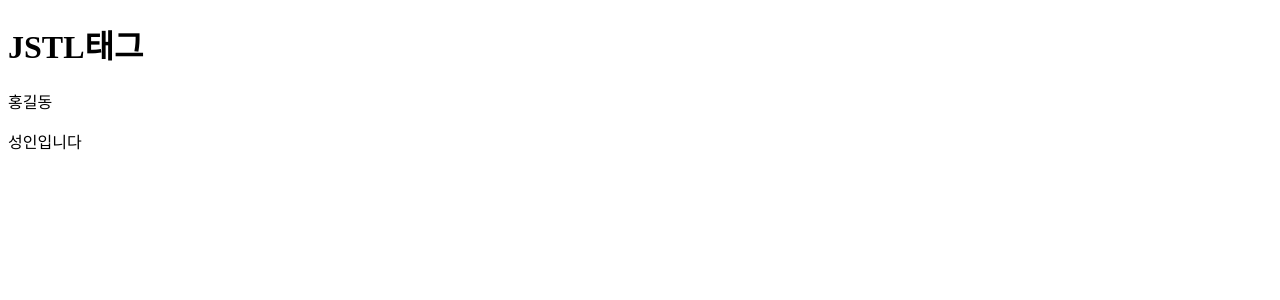
Repository: HwangEojin/homework
Page: http://localhost/day03/jstlTest2.jsp
These files come from the project's save history. The page is drawn as it stood at one moment and after the next save; the edit follows.
The browser window is 1280 px wide. The pictures show the whole page.
The page is served by Tomcat 9.

Above is the page before, as saved 2025-01-14 05:48:50.

After the next save:
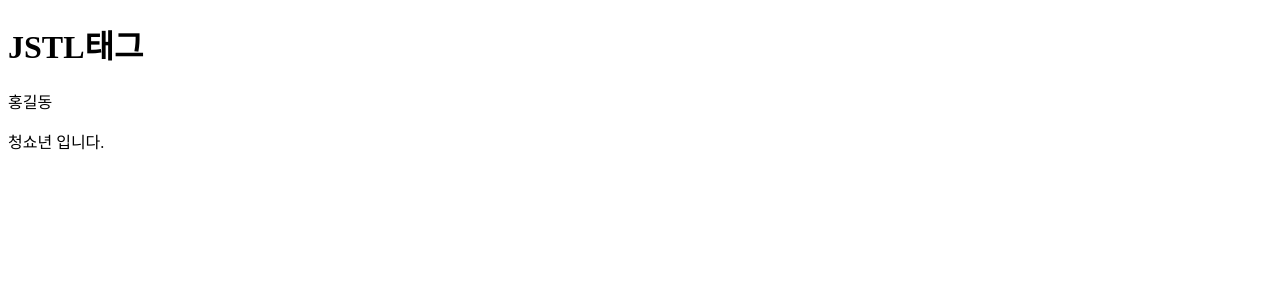
Saved 2 min 29 s later.
--- a/week09/day03/src/main/webapp/jstlTest2.jsp
+++ b/week09/day03/src/main/webapp/jstlTest2.jsp
@@ -10,11 +10,23 @@
 <body>
 	<h1>JSTL태그</h1>
 	<c:set var="name" value="홍길동"></c:set>
-	<c:set var="age" value="20"></c:set>
+	<c:set var="age" value="10"></c:set>
 
 	<c:out value="${name}"></c:out>
 	<c:if test="${age >= 20}">
 		<p>성인입니다</p>
 	</c:if>
+
+	<c:choose>
+		<c:when test="${age<10}">
+			<p>어린입니다.</p>
+		</c:when>
+		<c:when test="${age<18}">
+			<p>청쇼년 입니다.</p>
+		</c:when>
+		<c:otherwise>
+			<p>성인입니다</p>
+		</c:otherwise>
+	</c:choose>
 </body>
 </html>
